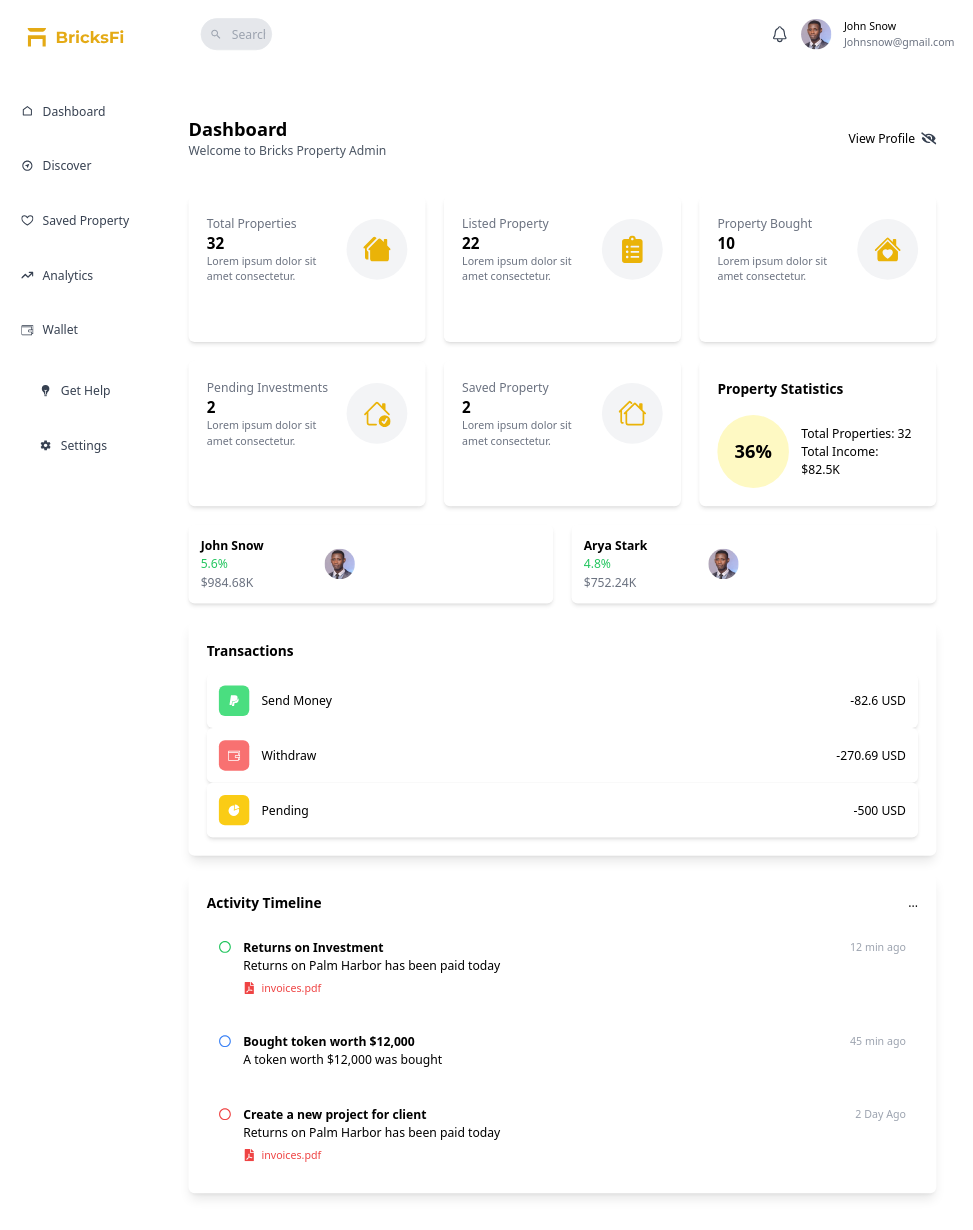
Repository: AyomideAkintade/BricksFi-Frontend
Page: /dashboard (app in client/)
These files come from the project's save history. The page is drawn as it stood at one moment and after the next save; the edit follows.
The browser window is 1280 px wide. The pictures show the whole page, at 76% of full size.
The page's requests for data from a server got no answer. The project was rebuilt for these pictures with package versions that can differ from the ones it lists, and the page was loaded fresh each time. No one was signed in, and anything a server would have sent is missing. Also part of the build but not shown: client/src/components/navbar.jsx, client/src/components/home.jsx, client/src/components/homeSecond.jsx, client/src/components/homeThird.jsx, client/src/components/homeFifth.jsx, client/src/components/homeSixth.jsx, client/src/components/homeSeventh.jsx, client/src/api/base.js and 11 more.

Above is the page before, as saved 2024-10-04 23:11:58.

### client/src/index.css
@import "tailwindcss/base";
@import "tailwindcss/components";
@import "tailwindcss/utilities";


@font-face {
  font-family: Poppins;
  src: url(/src/assets/fonts/Poppins-Regular.ttf) format("truetype"), url(/src/assets/fonts/Poppins-Bold.ttf) format("truetype"), url(/src/assets/fonts/Poppins-Medium.ttf) format("truetype");

}

### client/src/App.js
import { BrowserRouter as Router, Route, Routes } from "react-router-dom";
import Home from "./pages/homePage";
import HomeFourth from "./components/login.jsx";
import HomeEight from "./components/signup.jsx";
import ForgotPasswordPage from "./components/forgotPassword.jsx";
import DashboardLayout from "./pages/dashboardLayout";
import DashboardPage from "./pages/dashboard.jsx";
import PieAnalytics from "./components/analytics.jsx";
import Discover from "./components/discover.jsx";
import SavedPropertyPage from "./components/savedProperties.jsx";
import { ToastContainer } from "react-toastify";
import 'react-toastify/dist/ReactToastify.css';
import { useEffect, useState } from "react";
import { BrCookies } from "./utils/storage/cookies.js";
// import DiscoverPage from "./pages/discover.jsx";
// import SavedPropertyPage from "./pages/savedProperty.jsx";

function App() {

  const [ loggedIn, setLoggedIn ] = useState(false);
  const [ isLoading, setLoading ] = useState(true);

  useEffect(()=>{
    const ck = new BrCookies(document);
    ck.getCookie('authToken')
      .then((value) => {
        setLoggedIn(true);
        setLoading(false);
      })
      .catch((e) => {
        setLoading(false);
        // this.setState({ isLoading: false }); // Set loading to false even if there is an error
      });
  }, [])
  if (isLoading) {
    return <div></div>;
  }

  return (
    <div>
      <ToastContainer limit={5} />
      {loggedIn ?
      <Router>
        <Routes>
          <Route path="*" element={<DashboardLayout />}>
            <Route index element={<DashboardPage />} />
          </Route>
          <Route path="/dashboard" element={<DashboardLayout />}>
            <Route index element={<DashboardPage />} />
            <Route path="discover" element={<Discover/>} />
            <Route path="saved-property" element={<SavedPropertyPage/>} />
            <Route path="analytics" element={<PieAnalytics />} />
          </Route>
        </Routes>
      </Router>
      :
      <Router>
        <Routes>
          {/* Public Routes */}
          <Route path="/" element={<Home />} />
          <Route path="/login" element={<HomeFourth />} />
          <Route path="/signup" element={<HomeEight />} />
          <Route path="/forgot-password" element={<ForgotPasswordPage />} />

          {/* Dashboard Routes with Sidebar and Header */}
          <Route path="/dashboard" element={<DashboardLayout />}>
            <Route index element={<DashboardPage />} />
            <Route path="discover" element={<Discover/>} />
            <Route path="saved-property" element={<SavedPropertyPage/>} />
            <Route path="analytics" element={<PieAnalytics />} />
          </Route>
        </Routes>
      </Router>
      }
    </div>
  );
}

export default App;

### client/src/pages/dashboardLayout.jsx
import React from 'react';
import Sidebar from '../components/sidebar';
import Header from '../components/header';
import { Outlet } from 'react-router-dom';

const DashboardLayout = () => {
  return (
    <div className="flex">
      {/* Sidebar */}
      <Sidebar />

      <div className="flex-1 ml-[200px]">
        {/* Header */}
        <Header />

        <div className="p-6 pt-10">
          {/* Outlet will render the child routes here */}
          <Outlet />
        </div>
      </div>
    </div>
  );
};

export default DashboardLayout;

### client/src/pages/dashboard.jsx
import React from 'react';
import DashboardStats from '../components/statCard';
import TopInvestors from '../components/investorCard';
import Transactions from '../components/transaction';
import ActivityTimeline from '../components/activity';
import { FaEyeSlash } from 'react-icons/fa'; // Make sure to import the icon

const Dashboard = () => {
  return (
    <div className="flex flex-col">
      <div className="flex justify-between p-6">
        <div>
          <h2 className="text-2xl font-semibold">Dashboard</h2>
          <p className="text-gray-600">Welcome to Bricks Property Admin</p>
        </div>
        <div className="flex items-center space-x-2">
          <span>View Profile</span>
          <FaEyeSlash className="text-gray-700 text-xl" />
        </div>
      </div>
      <div className="p-6">
        {/* Dashboard Stats */}
        <DashboardStats />

        {/* Top Investors and Property Stats */}
        <div className=" mt-6">
          <TopInvestors />

        </div>

        {/* Transactions Section */}
        <div className="mt-6">
          <Transactions />
        </div>

        {/* Activity Timeline */}
        <div className="mt-6">
          <ActivityTimeline />
        </div>
      </div>
    </div>
  );
};

export default Dashboard;

### client/src/utils/storage/cookies.js

// eslint-disable-next-line no-unused-vars
class BrCookies {

    constructor(document) {
        this.document = document || (typeof document !== "undefined" ? document : null);
    }

    /**
     *
     * @param {Array<CookieData>} dataList
     */

    saveCookies(dataList){

        if (!Array.isArray(dataList)) {
            throw new Error("Data list must be an array.");
        }

        for (const data of dataList) {
            if (!(data instanceof CookieData)) {
                throw new Error("Invalid cookie data format.");
            }

            // save each cookie
            let cookieValue = `${data.name}=${data.value}; expires=${data.expiryDate.toUTCString()}; path=/`;

            // Set SameSite=None if running on localhost
            if (window.location.hostname !== 'localhost') {

                cookieValue += '; SameSite=Strict; Secure'
            }

            this.document.cookie = cookieValue;
        }
    }

    async getCookie(name) {
        return new Promise((resolve, reject) => {
          const cookies = this.document.cookie.split('; ');
          for (const cookie of cookies) {
            const [cookieName, cookieValue] = cookie.split('=');
            if (cookieName === name) {
              resolve(cookieValue);
              return;
            }
          }
          reject(new Error(`Cookie with name ${name} not found.`));
        });
    }

    removeCookie(name) {
        this.document.cookie = name + "=;Path=/;expires=Thu, 01 Jan 1970 00:00:00 GMT";
    }

    removeAllCookies() {
        const cookies = this.document.cookie.split(";");
        for (var i = 0; i < cookies.length; i++) {
            const cookie = cookies[i];
            const eqPos = cookie.indexOf("=");
            const name = eqPos > -1 ? cookie.substr(0, eqPos) : cookie;
            document.cookie = name + "=;Path=/;expires=Thu, 01 Jan 1970 00:00:00 GMT";
        }
    }
}


class CookieData {
    constructor(name, value, expiryDate) {

        if (typeof name !== "string" || typeof value !== "string" || !(expiryDate instanceof Date) || name.length === 0) {
            throw new Error("Invalid CookieData format.");
        }

        this.name = name;
        this.value = value;
        this.expiryDate = expiryDate;
    }
}

function createCookieDate(timeInSec) {

    const timeInDays = timeInSec / (3600 * 24);

    const currentDate = new Date();

    const futureDate = new Date();
    futureDate.setDate(currentDate.getDate() + timeInDays);


    return futureDate
}


export { BrCookies, CookieData, createCookieDate };

### client/src/components/sidebar.jsx
import React from 'react';
import { Link } from 'react-router-dom';
import { RiHomeLine } from "react-icons/ri";
import { RiCompassDiscoverLine } from "react-icons/ri";
import { GrFavorite } from "react-icons/gr";
import { FaArrowTrendUp } from "react-icons/fa6";
import { TfiWallet } from "react-icons/tfi";
import { IoBulbSharp } from "react-icons/io5";
import { IoMdSettings } from "react-icons/io";
import BricksFi from "../assets/bricksfi.svg"

const Sidebar = () => {
  return (
    <aside className="bg-white h-screen w-[15%] fixed p-3 min-w-[200px]">
      <div className="p-6">
        <img
        src={BricksFi}
        alt='BricksFi'
        className='w-full'
        />
      </div>
      <nav className="mt-8">
        <ul className="space-y-4">
          <li className="p-4 hover:bg-yellow-100">
            <Link to="/dashboard" className="flex items-center text-gray-700">
              <RiHomeLine className="mr-3" /> Dashboard
            </Link>
          </li>
          <li className="p-4 hover:bg-yellow-100">
            <Link to="/dashboard/discover" className="flex items-center text-gray-700">
              <RiCompassDiscoverLine className="mr-3" /> Discover
            </Link>
          </li>
          <li className="p-4 hover:bg-yellow-100">
            <Link to="/dashboard/saved-property" className="flex items-center text-gray-700">
              <GrFavorite className="mr-3" /> Saved Property
            </Link>
          </li>
          <li className="p-4 hover:bg-yellow-100">
            <Link to="/dashboard/analytics" className="flex items-center text-gray-700">
              <FaArrowTrendUp className="mr-3" /> Analytics
            </Link>
          </li>
          <li className="p-4 hover:bg-yellow-100">
            <Link to="/dashboard/wallet" className="flex items-center text-gray-700">
              <TfiWallet className="mr-3" /> Wallet
            </Link>
          </li>
        </ul>
      </nav>
      <div className="mt-auto p-6">
        <ul className="space-y-4">
          <li className="p-4 hover:bg-yellow-100">
            <Link to="/" className="flex items-center text-gray-700">
              <IoBulbSharp className="mr-3" /> Get Help
            </Link>
          </li>
          <li className="p-4 hover:bg-yellow-100">
            <Link to="/" className="flex items-center text-gray-700">
              <IoMdSettings className="mr-3" /> Settings
            </Link>
          </li>
        </ul>
      </div>
    </aside>
  );
};

export default Sidebar;

### client/src/components/header.jsx
import React from 'react';
import COCO from "../assets/clem.jpeg"
import { IoMdSearch } from "react-icons/io";
import { IoNotificationsOutline } from "react-icons/io5";

const Header = () => {
  return (
    <div className="w-full flex justify-between items-center p-6 bg-white sticky top-0 z-50" >
      {/* style={{boxShadow: "1px 1px 20px -8px #0000001A"}} */}
      <div className='px-10'>
      <div className="relative w-1/3">
        <input
          type="text"
          placeholder="Search"
          className="p-2 pl-10 w-full border rounded-full bg-gray-200 text-black focus:outline-none"
        />
        <IoMdSearch className="absolute left-3 top-1/2 transform -translate-y-1/2 text-gray-400" />
      </div>
      </div>
      <div className="flex items-center space-x-4">
        <IoNotificationsOutline className="text-gray-700 text-2xl" />
        <img
          src={COCO}
          alt="profile"
          className="rounded-full h-10 w-10"
        />
        <div className="">
          <span className="block text-sm font-medium">John Snow</span>
          <span className="block text-sm text-gray-500">Johnsnow@gmail.com</span>
        </div>
      </div>
    </div>
  );
};

export default Header;

### client/src/components/statCard.jsx
import { BsFillHousesFill, BsHouseCheck, BsFillHouseHeartFill, BsHouses } from "react-icons/bs";
import { FaClipboardList } from "react-icons/fa";
import PropertyStatistics from '../components/propertyStatistic';


const StatCard = ({ title, value, icon, paragraph }) => {
    return (
        <div className="bg-white shadow-md rounded-lg p-6 h-48 flex flex-col justify-between">
            <div className="flex items-center space-x-4">
                <div className="flex-1">
                    <h3 className="text-gray-500">{title}</h3>
                    <h2 className="text-xl font-semibold">{value}</h2>
                    <p className="text-md text-gray-500 text-sm">{paragraph}</p>
                </div>
                <div className="flex items-center justify-center w-20 h-20 bg-gray-100 rounded-full text-yellow-500 text-4xl">
                    {icon}
                </div>
            </div>
        </div>
    );
};


const DashboardStats = () => {
    return (
        <div className="grid grid-cols-1 md:grid-cols-3 gap-6">
            <StatCard
                title="Total Properties"
                value="32"
                paragraph="Lorem ipsum dolor sit amet consectetur."
                icon={<BsFillHousesFill />}
            />
            <StatCard
                title="Listed Property"
                value="22"
                paragraph="Lorem ipsum dolor sit amet consectetur."
                icon={<FaClipboardList />}
            />
            <StatCard
                title="Property Bought"
                value="10"
                paragraph="Lorem ipsum dolor sit amet consectetur."
                icon={<BsFillHouseHeartFill />}
            />
            <StatCard
                title="Pending Investments"
                value="2"
                paragraph="Lorem ipsum dolor sit amet consectetur."
                icon={<BsHouseCheck />}
            />
             <StatCard
                title="Saved Property"
                value="2"
                paragraph="Lorem ipsum dolor sit amet consectetur."
                icon={<BsHouses />}
            />


                <PropertyStatistics />

        </div>
    );
};

export default DashboardStats;

### client/src/components/investorCard.jsx
import Clem from "../assets/clem.jpeg";


const InvestorCard = ({ name, investment, profit }) => {
    return (
      <div className="flex items-center p-4 bg-white shadow-md rounded-lg">

        <div>
          <h3 className="font-semibold">{name}</h3>
          <p className="text-green-500"> {profit}</p>
          <p className="text-gray-500"> {investment}</p>
        </div>

        <img
          src={Clem}
          alt={name}
          className="rounded-full h-10 w-10 ml-20"
        />
      </div>
    );
  };

  const TopInvestors = () => {
    return (
      <>
        {/* <h2 className="text-lg font-semibold mb-4">Top Investors</h2> */}
        <div className="grid grid-cols-1 md:grid-cols-2 gap-6">
          <InvestorCard name="John Snow" investment="$984.68K" profit="5.6%" />
          <InvestorCard name="Arya Stark" investment="$752.24K" profit="4.8%" />
        </div>
      </>
    );
  };

  export default TopInvestors;

### client/src/components/transaction.jsx
import { FaPaypal } from "react-icons/fa6";
import { TfiWallet } from "react-icons/tfi";
import { GiPieChart } from "react-icons/gi";

const TransactionItem = ({ icon, description, amount, bgColor }) => {
    return (
        <div className="flex justify-between items-center p-4 bg-white shadow-md rounded-lg">
            {/* Icon and Description in a row */}
            <div className="flex items-center space-x-4">
                {/* Icon with dynamic background and rounded shape */}
                <div className={`p-3 ${bgColor} rounded-lg text-white`}>
                    {icon}
                </div>
                <span>{description}</span>
            </div>

            {/* Amount */}
            <div>
                <span>{amount}</span>
            </div>
        </div>
    );
};

const Transactions = () => {
    return (
        <div className="bg-white p-6 shadow-lg rounded-lg">
            <h2 className="text-lg font-semibold mb-4">Transactions</h2>
            {/* Different background colors for each transaction */}
            <TransactionItem
                icon={<FaPaypal />}
                description="Send Money"
                amount="-82.6 USD"
                bgColor="bg-green-400"  // Green background
            />
            <TransactionItem
                icon={<TfiWallet />}
                description="Withdraw"
                amount="-270.69 USD"
                bgColor="bg-red-400"    // Red background
            />
            <TransactionItem
                icon={<GiPieChart />}
                description="Pending"
                amount="-500 USD"
                bgColor="bg-yellow-400" // Yellow background
            />
        </div>
    );
};

export default Transactions;

### client/src/components/activity.jsx
import React from 'react';
import { FaRegCircle, FaFilePdf } from 'react-icons/fa'; // Import necessary icons

const ActivityItem = ({ title, description, time, file, color }) => {
    return (
        <div className="flex items-start space-x-4 p-4">
            <div className="mt-1">
                {/* The color prop determines the icon color */}
                <FaRegCircle className={`${color}`} />
            </div>
            <div className="flex-1">
                <div className="flex justify-between items-center">
                    <h4 className="font-semibold">{title}</h4>
                    <span className="text-gray-400 text-sm">{time}</span>
                </div>
                <p>{description}</p>
                {file && (
                    <div className="flex items-center mt-2 text-red-500">
                        <FaFilePdf />
                        <span className="ml-2 text-sm">{file}</span>
                    </div>
                )}
            </div>
        </div>
    );
};

const ActivityTimeline = () => {
    return (
        <div className="bg-white p-6 shadow-lg rounded-lg">
            <div className="flex justify-between items-center mb-4">
                <h2 className="text-lg font-semibold">Activity Timeline</h2>
                <div>...</div>
            </div>
            <div className="space-y-4">
                <ActivityItem
                    title="Returns on Investment"
                    description="Returns on Palm Harbor has been paid today"
                    time="12 min ago"
                    file="invoices.pdf"
                    // Blue icon
                    color="text-green-500"
                />
                <ActivityItem
                    title="Bought token worth $12,000"
                    description="A token worth $12,000 was bought"
                    time="45 min ago"
                    color="text-blue-500" // Green icon
                />
                <ActivityItem
                    title="Create a new project for client"
                    description="Returns on Palm Harbor has been paid today"
                    time="2 Day Ago"
                    file="invoices.pdf"
                    color="text-red-500" // Red icon
                />
            </div>
        </div>
    );
};

export default ActivityTimeline;

### client/src/components/propertyStatistic.jsx
import React from 'react';

const PropertyStatistics = () => {
    return (
        <div className="bg-white shadow-md rounded-lg p-6 flex flex-col justify-between">
            <h2 className="text-lg font-semibold mb-4">Property Statistics</h2>
            <div className="flex items-center space-x-4">
                {/* Property Stats Circle Graph */}
                <div className="w-24 h-24 bg-yellow-100 rounded-full flex items-center justify-center">
                    <span className="text-2xl font-bold">36%</span>
                </div>
                <div>
                    <p>Total Properties: 32</p>
                    <p>Total Income: $82.5K</p>
                </div>
            </div>
        </div>
    );
};

export default PropertyStatistics;

### client/tailwind.config.js
/** @type {import('tailwindcss').Config} */
module.exports = {
  content: ["./src/**/*.{html,js,jsx}"],
  theme: {
    extend: {
      fontFamily: {
        Poppins: ['Poppins'],
      }
    },
    screens: {
      sm: '640px',
      // => @media (min-width: 640px) { ... }

      md: '768px',
      // => @media (min-width: 768px) { ... }

      lg: '1024px',
      // => @media (min-width: 1024px) { ... }

      xl: '1280px',
      // => @media (min-width: 1280px) { ... }

      '2xl': '1536px',
      // => @media (min-width: 1536px) { ... }
      'custombp': {'raw': '(min-height: 375px),(min-width:768px)'}
    },
  },
  plugins: [],
}

Loaded but not shown: client/public/index.html (common file); client/src/index.js (common file); client/src/reportWebVitals.js (common file)

After the next save:
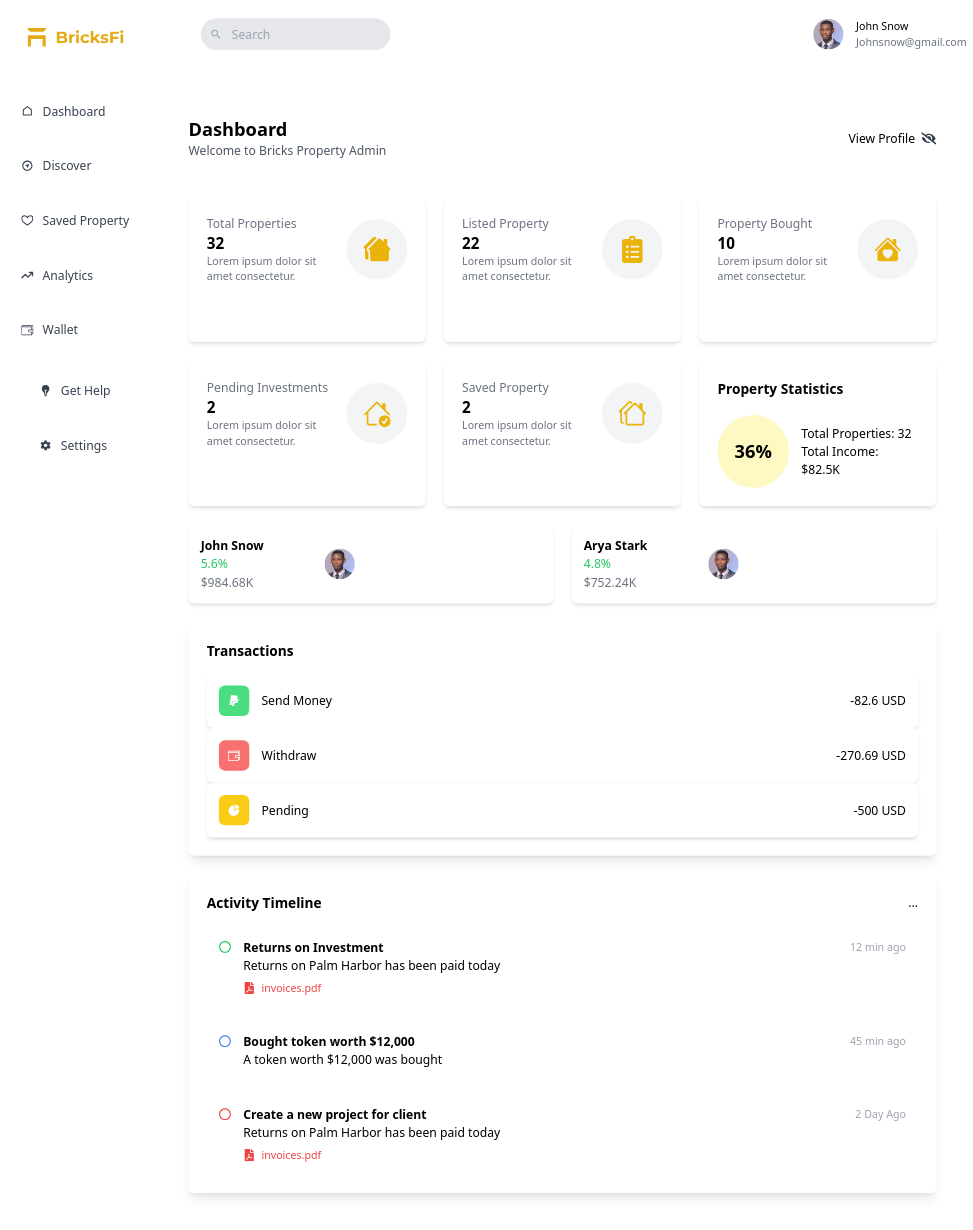
Saved 6 s later.
--- a/client/src/components/header.jsx
+++ b/client/src/components/header.jsx
@@ -7,7 +7,7 @@ const Header = () => {
   return (
     <div className="w-full flex justify-between items-center p-6 bg-white sticky top-0 z-50" >
       {/* style={{boxShadow: "1px 1px 20px -8px #0000001A"}} */}
-      <div className='px-10'>
+      <div className='px-10 w-full'>
       <div className="relative w-1/3">
         <input
           type="text"
